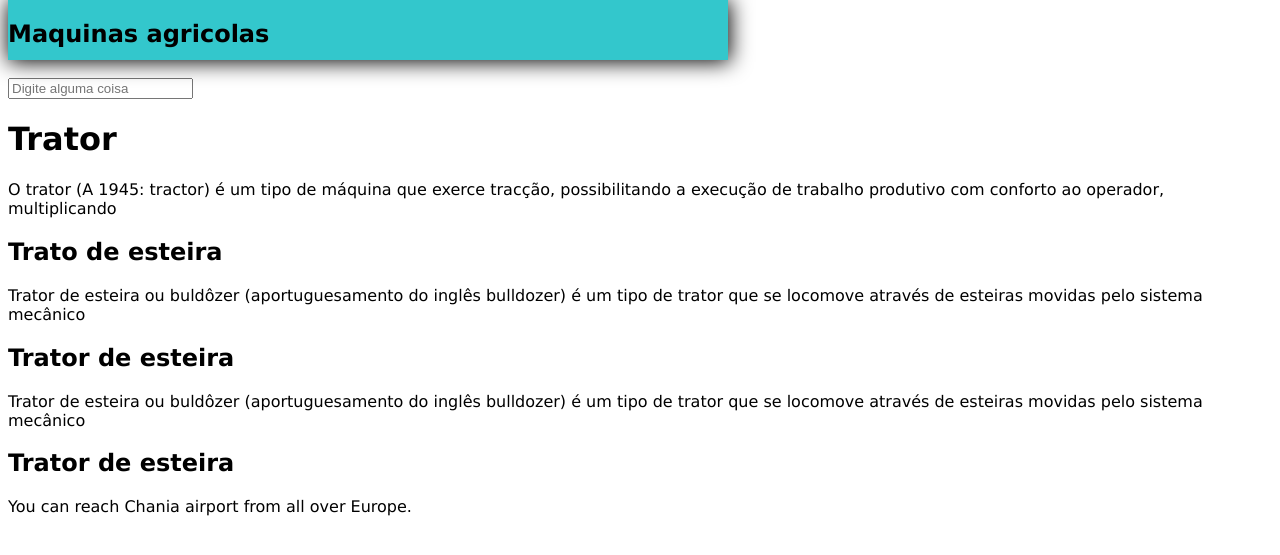
Repository: ecrseer/pesquisa-carros-html
Page: news.html
The author's editor kept a copy of each file at every save. The page is drawn from the files as they stood at one save, then again after the next save.
The browser window is 1280 px wide. The pictures show the whole page.

Above is the page before, as saved 2022-01-21 16:28:46.

### news.html
<!doctype html>

<html lang="pt-br">
  <html lang="pt-br">
    <head>
        <meta charset="UTF-8"/>
        <meta name="viewport" content="width=device-width,
        initial-scale=1.0"/>
        <meta http-equiv="X-UA-Compatible" content="ie=edge">
        <title>Vendarro LTDA</title>

  <link rel="stylesheet" href="news.css">

</head>

<body>
    <nav class="header">
        <h1>Maquinas agricolas</h1>

      </nav>
      <div class="">
        <div class="espaco"></div>
        <div class="row">
               <input type="text" placeholder="Digite alguma coisa">
        </div>


        <div  >
          <h1>Trator</h1>
          <p>O trator (A 1945: tractor) é um tipo de máquina que exerce tracção, possibilitando a execução de trabalho produtivo com conforto ao operador, multiplicando </p>
        </div>

        <div class="col-3 col-s-12">
          <div class="aside">
            <h2>Trato de esteira</h2>
            <p>Trator de esteira ou buldôzer (aportuguesamento do inglês bulldozer) é um tipo de trator que se locomove através de esteiras movidas pelo sistema mecânico</p>
            <h2>Trator de esteira</h2>
            <p>Trator de esteira ou buldôzer (aportuguesamento do inglês bulldozer) é um tipo de trator que se locomove através de esteiras movidas pelo sistema mecânico</p>
            <h2>Trator de esteira</h2>
            <p>You can reach Chania airport from all over Europe.</p>

          </div>
        </div>


      </div>

  <script src="scripts.js"></script>

</body>
</html>

### news.css
* {
    box-sizing: border-box;
    --topbar-altura:60px;
  }

  html {
    font-family: "Lucida Sans", sans-serif;
  }
  .espaco{
    height: calc(var(--topbar-altura) + 10px);
  }

  .header {
    background-color: #33c7cc;
    position: fixed;
    top:0;
    width: 100vh;
    max-height: var(--topbar-altura);
    box-shadow: 1px 1px 3vh 1px;
  }

### scripts.js
function recurs(nmbr){

    if (nmbr==1)
    return 1;
    else
    arr.push(3*recurs(nmbr-1));
}

let
    isWhite = false,
    arr=[];
    let
    fixo=new Array(5);

    fixo[0]='E';
    fixo[4]='S';
    console.log(fixo);


function changeTheme(){
    isWhite ? document.querySelector("body").style.backgroundColor='#010101' :
    document.querySelector("body").style.backgroundColor='#fff';

    isWhite= !isWhite;

    function hapn(){
        console.log('data');
    }

    console.log(arr);
}

After the next save:
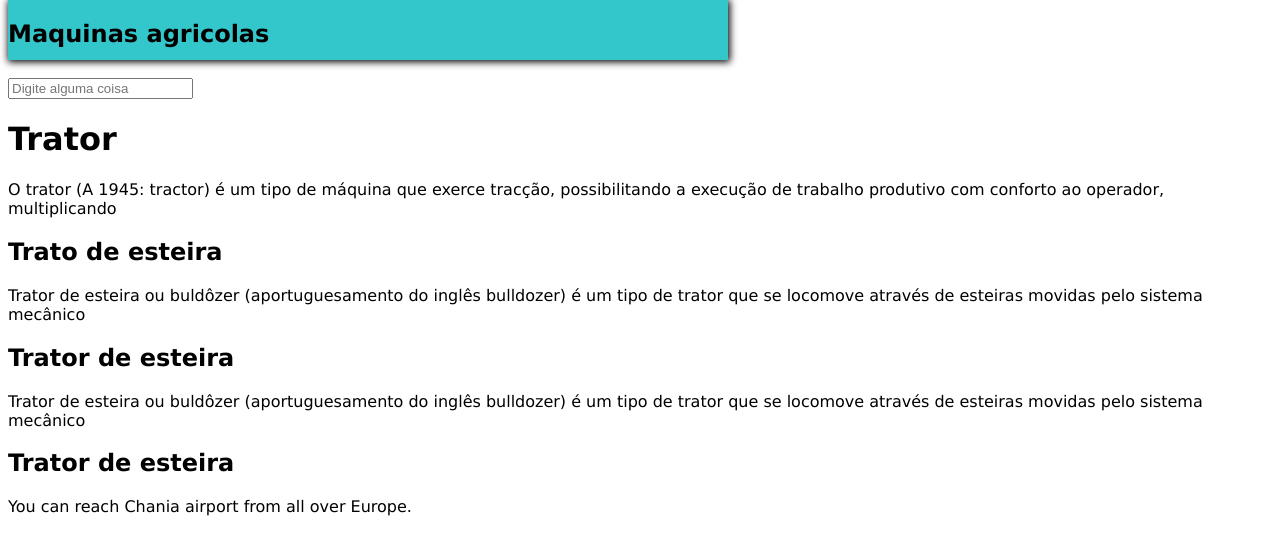
Saved 29 s later.
--- a/news.css
+++ b/news.css
@@ -16,5 +16,5 @@
     top:0;
     width: 100vh;
     max-height: var(--topbar-altura);
-    box-shadow: 1px 1px 3vh 1px;
+    box-shadow: 1px 1px 1vh 1px;
   }
